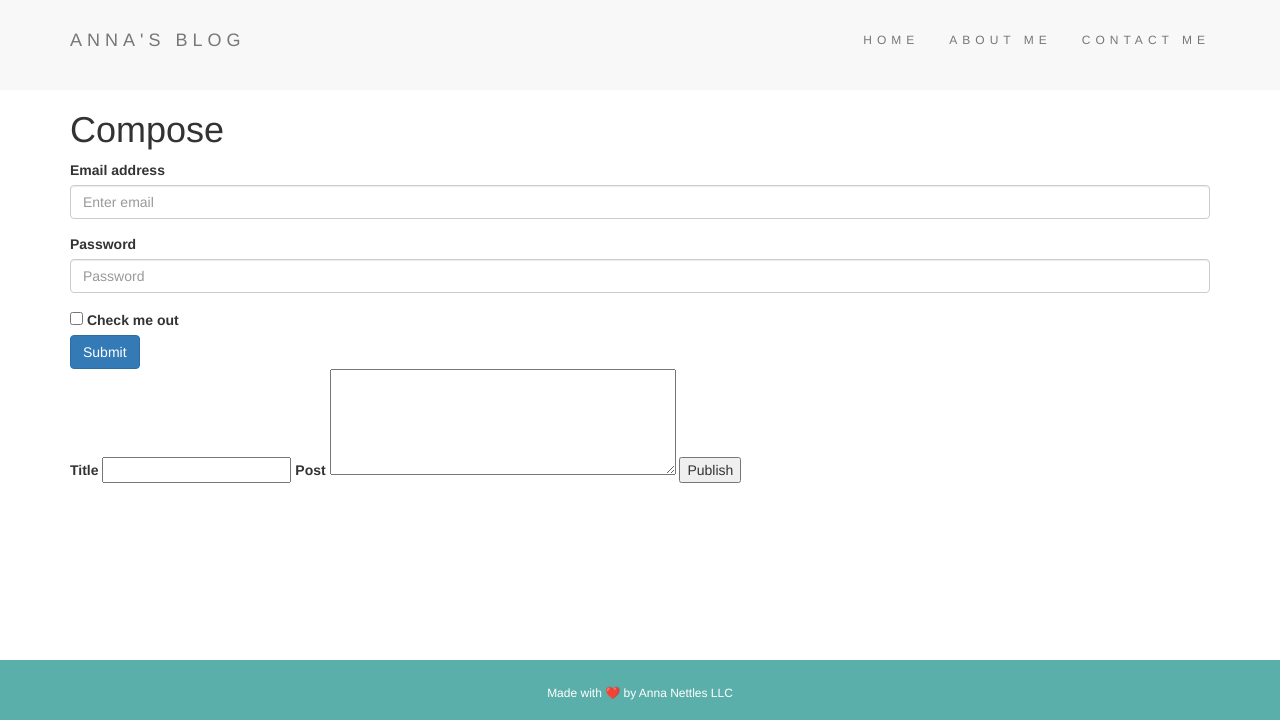
Repository: thecoachanna/blog
Page: http://localhost/compose
These files come from the project's save history. The page is drawn as it stood at one moment and after the next save; the edit follows.
The browser window is 1280 px wide. The pictures show the whole page.
The page is served by the project's Node server (app.js).

Above is the page before, as saved 2023-05-10 07:27:07.

### views/compose.ejs
<%- include("partials/header.ejs") %>

    <h1>Compose</h1>
    <form action="/compose" method="post">
        <div class="form-group">
          <label for="exampleInputEmail1">Email address</label>
          <input type="email" class="form-control" id="exampleInputEmail1" aria-describedby="emailHelp" placeholder="Enter email">

        </div>
        <div class="form-group">
          <label for="exampleInputPassword1">Password</label>
          <input type="password" class="form-control" id="exampleInputPassword1" placeholder="Password">
        </div>
        <div class="form-check">
          <input type="checkbox" class="form-check-input" id="exampleCheck1">
          <label class="form-check-label" for="exampleCheck1">Check me out</label>
        </div>
        <button type="submit" class="btn btn-primary">Submit</button>
      </form>
    <form action="/compose" method="post">
        <label for="title">Title</label>
        <input type="text" name="postTitle" autocomplete="off">

        <label for="post">Post</label>
        <textarea type="text" name="post" cols="40" rows="5"></textarea>
        <button type="submit" name="button">Publish</button>
    </form>

<%- include("partials/footer.ejs") %>

### views/partials/header.ejs
<!DOCTYPE html>
<html lang="en" dir="ltr">

<head>
  <meta charset="utf-8">
  <title>Anna's Blog</title>
  <meta charset="utf-8">
  <link rel="stylesheet" href="https://maxcdn.bootstrapcdn.com/bootstrap/3.3.7/css/bootstrap.min.css">
  <link rel="stylesheet" href="/css/styles.css">
  <nav class="navbar navbar-default">
    <div class="container">
      <div class="navbar-header">
        <p class="navbar-brand">ANNA'S BLOG</p>
      </div>
        <ul class="nav navbar-nav navbar-right">
          <!-- 6 -->
          <li id="home"><a href="/">HOME</a></li>
          <li id="about"><a href="/about">ABOUT ME</a></li>
          <li id="contact"><a href="/contact">CONTACT ME</a></li>
        </ul>
    </div>
  </nav>

  <body>
    <div class="container">

### views/partials/footer.ejs

</div>
<div class="footer-padding"></div>
  <div class="footer">
    <p>Made with ❤️ by Anna Nettles LLC</p>
  </div>
</div>
</body>
</html>

### app.js
//jshint esversion:6

const express = require("express");
const bodyParser = require("body-parser");
const ejs = require("ejs");

const homeStartingContent = "Lacus vel facilisis volutpat est velit egestas dui id ornare. Semper auctor neque vitae tempus quam. Sit amet cursus sit amet dictum sit amet justo. Viverra tellus in hac habitasse. Imperdiet proin fermentum leo vel orci porta. Donec ultrices tincidunt arcu non sodales neque sodales ut. Mattis molestie a iaculis at erat pellentesque adipiscing. Magnis dis parturient montes nascetur ridiculus mus mauris vitae ultricies. Adipiscing elit ut aliquam purus sit amet luctus venenatis lectus. Ultrices vitae auctor eu augue ut lectus arcu bibendum at. Odio euismod lacinia at quis risus sed vulputate odio ut. Cursus mattis molestie a iaculis at erat pellentesque adipiscing.";
const aboutContent = "Hac habitasse platea dictumst vestibulum rhoncus est pellentesque. Dictumst vestibulum rhoncus est pellentesque elit ullamcorper. Non diam phasellus vestibulum lorem sed. Platea dictumst quisque sagittis purus sit. Egestas sed sed risus pretium quam vulputate dignissim suspendisse. Mauris in aliquam sem fringilla. Semper risus in hendrerit gravida rutrum quisque non tellus orci. Amet massa vitae tortor condimentum lacinia quis vel eros. Enim ut tellus elementum sagittis vitae. Mauris ultrices eros in cursus turpis massa tincidunt dui.";
const contactContent = "Scelerisque eleifend donec pretium vulputate sapien. Rhoncus urna neque viverra justo nec ultrices. Arcu dui vivamus arcu felis bibendum. Consectetur adipiscing elit duis tristique. Risus viverra adipiscing at in tellus integer feugiat. Sapien nec sagittis aliquam malesuada bibendum arcu vitae. Consequat interdum varius sit amet mattis. Iaculis nunc sed augue lacus. Interdum posuere lorem ipsum dolor sit amet consectetur adipiscing elit. Pulvinar elementum integer enim neque. Ultrices gravida dictum fusce ut placerat orci nulla. Mauris in aliquam sem fringilla ut morbi tincidunt. Tortor posuere ac ut consequat semper viverra nam libero.";

const app = express();

app.set('view engine', 'ejs');

app.use(bodyParser.urlencoded({extended: true}));
app.use(express.static("public"));

// Home Page
app.get('/', (req, res) => {
  res.render('home', { startingContent: homeStartingContent })
})

// About Page
app.get('/about', (req, res) => {
  res.render('about', { about: aboutContent })
})

// Contact Page
app.get('/contact', (req, res) => {
  res.render('contact', { contact: contactContent })
})

// Compose Page - GET
app.get('/compose', (req, res) => {
  res.render('compose')
})

// Compose Page - POST
app.post('/compose', (req, res) => {
  let newBlog = req.body.blog
  console.log(newBlog)
  res.render('compose')
})











app.listen(3000, function() {
  console.log("Server started on port 3000");
});

### public/css/styles.css
.container-fluid {
    padding-top: 70px;
    padding-bottom: 70px;
}
.navbar {
    padding-top: 15px;
    padding-bottom: 15px;
    border: 0;
    border-radius: 0;
    margin-bottom: 0;
    font-size: 12px;
    letter-spacing: 5px;
}
.navbar-nav  li a:hover {
    color: #5AAFAA !important;
}

.footer-padding {
	padding-bottom: 60px;
}

.footer {
	position: absolute;
	text-align: center;
	bottom: 0;
	width: 100%;
	height: 60px;
	background-color: #5AAFAA;
}

.footer p {
	margin-top: 25px;
	font-size: 12px;
  color: #fff;
}

After the next save:
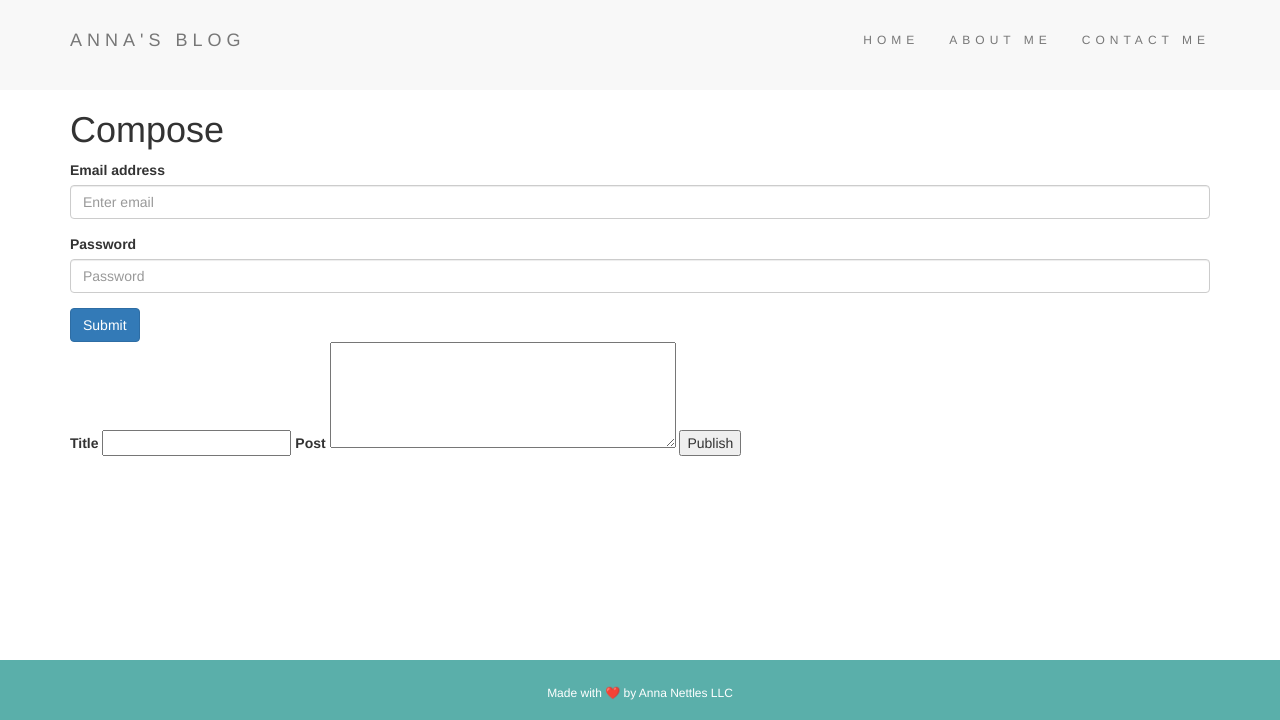
Saved 11 s later.
--- a/views/compose.ejs
+++ b/views/compose.ejs
@@ -11,10 +11,7 @@
           <label for="exampleInputPassword1">Password</label>
           <input type="password" class="form-control" id="exampleInputPassword1" placeholder="Password">
         </div>
-        <div class="form-check">
-          <input type="checkbox" class="form-check-input" id="exampleCheck1">
-          <label class="form-check-label" for="exampleCheck1">Check me out</label>
-        </div>
+
         <button type="submit" class="btn btn-primary">Submit</button>
       </form>
     <form action="/compose" method="post">
